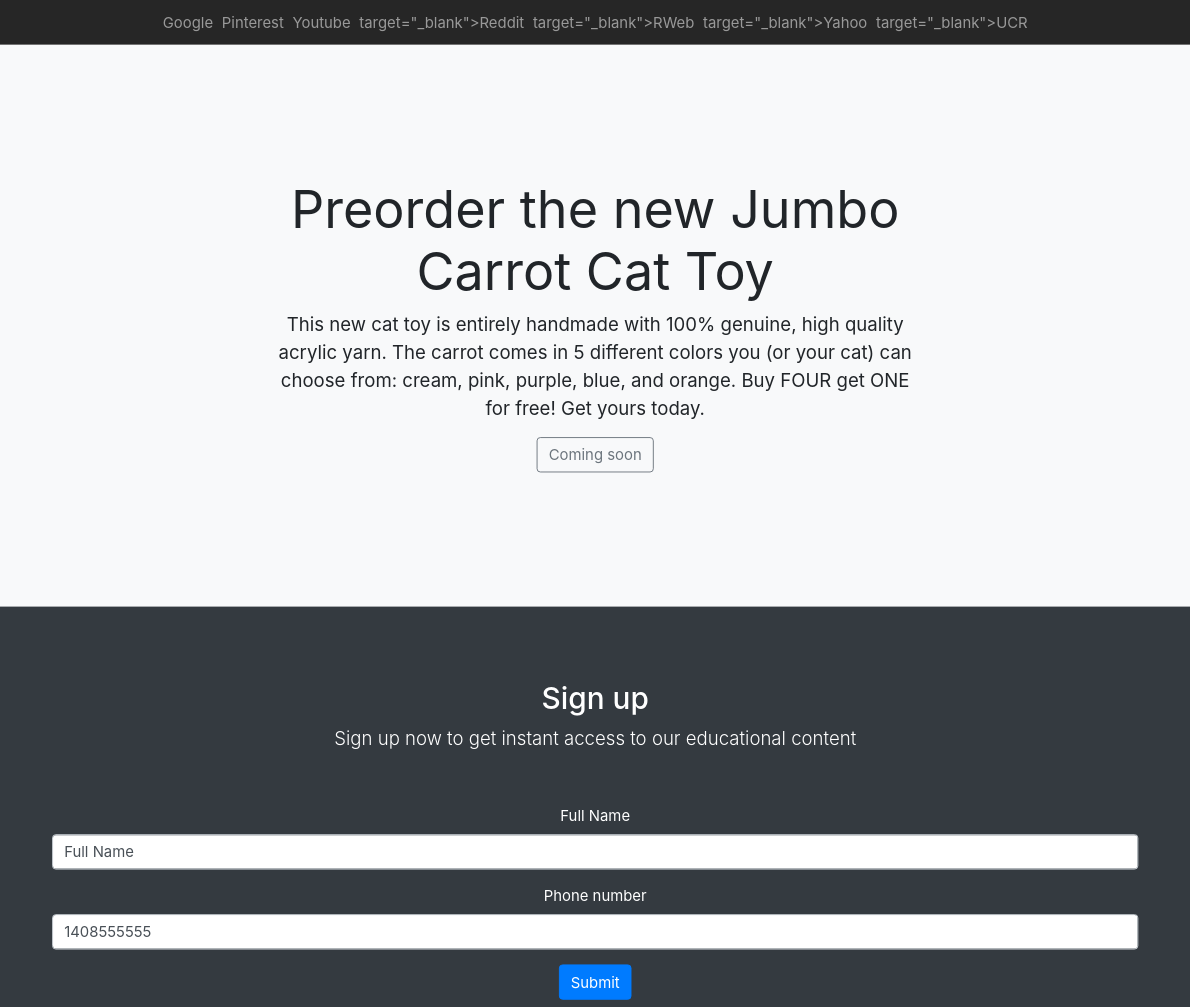
Repository: atrin033/AngellaTrinh-Resume
Page: LearnCS8-Twilio/index.html
The author's editor kept a record of every edit. The page is drawn from the files as they stood at one moment, then again after the next edit.
The browser window is 1280 px wide. The pictures show the whole page, at 93% of full size.

Above is the page before.

After the next edit:
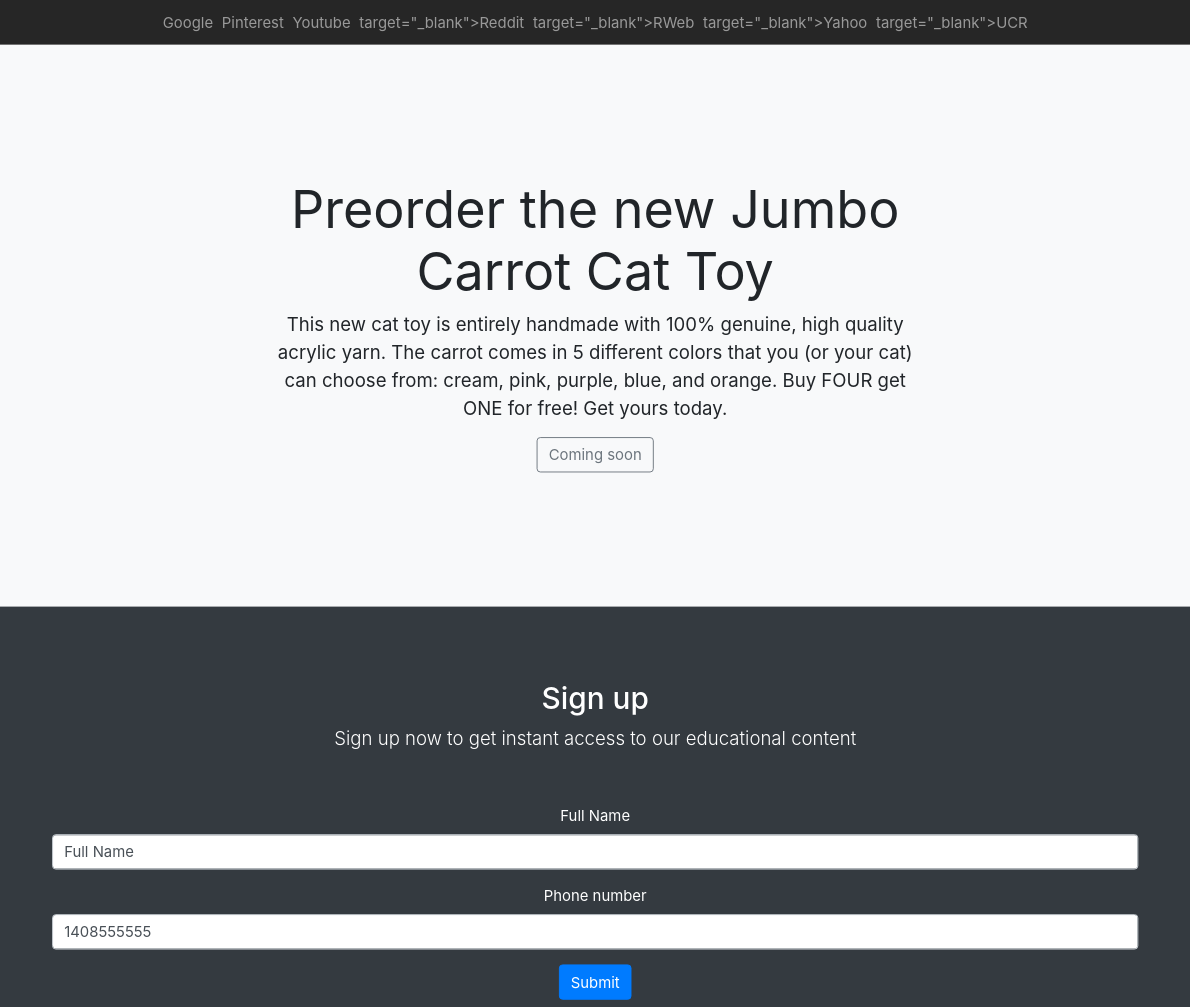
The edit:
--- a/LearnCS8-Twilio/index.html
+++ b/LearnCS8-Twilio/index.html
@@ -31,7 +31,7 @@
 <div class="position-relative overflow-hidden p-3 p-md-5 m-md-0 text-center bg-light">
     <div class="col-md-8 p-lg-5 mx-auto my-5">
         <h1 class="display-4 font-weight-normal">Preorder the new Jumbo Carrot Cat Toy</h1>
-        <p class="lead font-weight-normal">This new cat toy is entirely handmade with 100% genuine, high quality acrylic yarn. The carrot comes in 5 different colors you (or your cat) can choose from: cream, pink, purple, blue, and orange. Buy FOUR get ONE for free! Get yours today.</p>
+        <p class="lead font-weight-normal">This new cat toy is entirely handmade with 100% genuine, high quality acrylic yarn. The carrot comes in 5 different colors that you (or your cat) can choose from: cream, pink, purple, blue, and orange. Buy FOUR get ONE for free! Get yours today.</p>
         <a class="btn btn-outline-secondary" href="https://www.google.com/search?q=CARROT+CAT+TOY+YOUTUBE&rlz=1C5CHFA_enUS826US826&oq=CARROT+CAT+TOY+YOUTUBE&aqs=chrome..69i57j33i160l2.6603j0j7&sourceid=chrome&ie=UTF-8">Coming soon</a>
     </div>
 </div>
